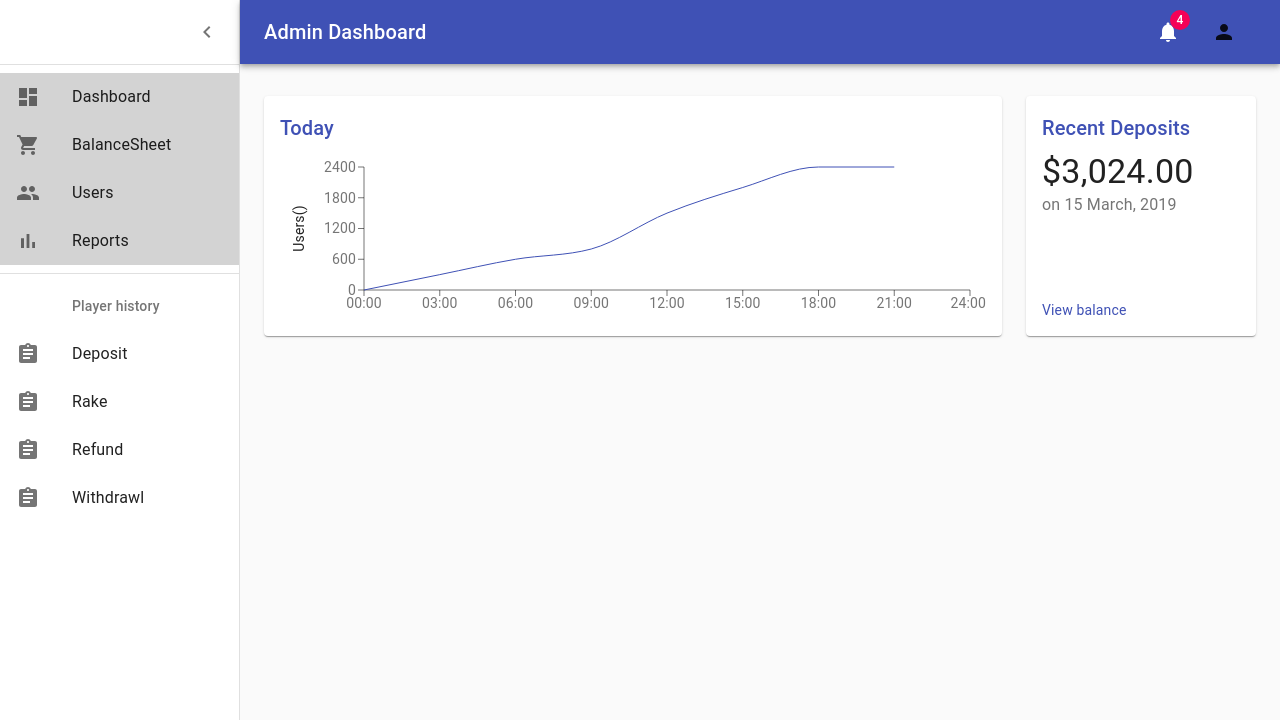
Repository: imayankbisht/ludofrontend
Page: /Dashboard
An editor plug-in stored every save of this project. The page is shown before and after a run of saves, followed by the edit.
The browser window is 1280 px wide. The pictures show the whole page.
The project was rebuilt for these pictures with package versions that can differ from the ones it lists, and the page was loaded fresh each time. Also part of the build but not shown: src/axios.js, src/components/login.js.

Above is the page before, as saved 2021-01-16 14:13:47.

### src/App.js
import React from 'react';
import './App.css';
import {
  BrowserRouter as Router,
  Switch,
  Route,
 Redirect
} from "react-router-dom";
// import SignInOutContainer from './containers';
import Dashboard from './components/Dashboard';
import Login from './components/login';
 function App() {
  return (
    <div className="App">
  <Router >
    <Switch>
      <Route path="/login" component={Login} />
      <Route path="/Dashboard" component={Dashboard} />
      <Redirect from="/" to="/login" />
    </Switch>
  </Router>
      </div>
  );
}


export default App;

### src/App.css
.App {
  /* text-align: center; */

}

.App-logo {
  height: 40vmin;
  pointer-events: none;
}

@media (prefers-reduced-motion: no-preference) {
  .App-logo {
    animation: App-logo-spin infinite 20s linear;
  }
}

.App-header {
  background-color: #282c34;
  min-height: 100vh;
  display: flex;
  flex-direction: column;
  align-items: center;
  justify-content: center;
  font-size: calc(10px + 2vmin);
  color: white;
}

.App-link {
  color: #61dafb;
}

@keyframes App-logo-spin {
  from {
    transform: rotate(0deg);
  }
  to {
    transform: rotate(360deg);
  }
}

### src/components/Dashboard.js
import React from 'react';
import clsx from 'clsx';
import { makeStyles } from '@material-ui/core/styles';
import CssBaseline from '@material-ui/core/CssBaseline';
import Drawer from '@material-ui/core/Drawer';
import Box from '@material-ui/core/Box';
import AppBar from '@material-ui/core/AppBar';
import Toolbar from '@material-ui/core/Toolbar';
import List from '@material-ui/core/List';
import Typography from '@material-ui/core/Typography';
import Divider from '@material-ui/core/Divider';
import IconButton from '@material-ui/core/IconButton';
import Badge from '@material-ui/core/Badge';
import Container from '@material-ui/core/Container';
import Grid from '@material-ui/core/Grid';
import Paper from '@material-ui/core/Paper';
// import Link from '@material-ui/core/Link';
import MenuIcon from '@material-ui/icons/Menu';
import ChevronLeftIcon from '@material-ui/icons/ChevronLeft';
import NotificationsIcon from '@material-ui/icons/Notifications';
import { mainListItems, secondaryListItems } from './listItems';
import Chart from './Chart';
import Deposits from './Deposits';
import MenuItem from "@material-ui/core/MenuItem";
import MenuList from "@material-ui/core/MenuList";
import Hidden from "@material-ui/core/Hidden";
import Grow from "@material-ui/core/Grow";
import Poppers from "@material-ui/core/Popper";
import ClickAwayListener from "@material-ui/core/ClickAwayListener";
import Person from "@material-ui/icons/Person";
import classNames from "classnames";
import Button from "@material-ui/core/Button";
import {Link} from 'react-router-dom';

const drawerWidth = 240;

const useStyles = makeStyles((theme) => ({
  root: {
    display: 'flex',
  },
  toolbar: {
    paddingRight: 24, // keep right padding when drawer closed
  },
  toolbarIcon: {
    display: 'flex',
    alignItems: 'center',
    justifyContent: 'flex-end',
    padding: '0 8px',
    ...theme.mixins.toolbar,
  },
  appBar: {
    zIndex: theme.zIndex.drawer + 1,
    transition: theme.transitions.create(['width', 'margin'], {
      easing: theme.transitions.easing.sharp,
      duration: theme.transitions.duration.leavingScreen,
    }),
  },
  appBarShift: {
    marginLeft: drawerWidth,
    width: `calc(100% - ${drawerWidth}px)`,
    transition: theme.transitions.create(['width', 'margin'], {
      easing: theme.transitions.easing.sharp,
      duration: theme.transitions.duration.enteringScreen,
    }),
  },
  menuButton: {
    marginRight: 36,
  },
  menuButtonHidden: {
    display: 'none',
  },
  title: {
    flexGrow: 1,
  },
  drawerPaper: {
    position: 'relative',
    whiteSpace: 'nowrap',
    width: drawerWidth,
    transition: theme.transitions.create('width', {
      easing: theme.transitions.easing.sharp,
      duration: theme.transitions.duration.enteringScreen,
    }),
  },
  drawerPaperClose: {
    overflowX: 'hidden',
    transition: theme.transitions.create('width', {
      easing: theme.transitions.easing.sharp,
      duration: theme.transitions.duration.leavingScreen,
    }),
    width: theme.spacing(7),
    [theme.breakpoints.up('sm')]: {
      width: theme.spacing(9),
    },
  },
  appBarSpacer: theme.mixins.toolbar,
  content: {
    flexGrow: 1,
    height: '100vh',
    overflow: 'auto',
  },
  container: {
    paddingTop: theme.spacing(4),
    paddingBottom: theme.spacing(4),
  },
  paper: {
    padding: theme.spacing(2),
    display: 'flex',
    overflow: 'auto',
    flexDirection: 'column',
  },
  fixedHeight: {
    height: 240,
  },
}));

 function Dashboard() {
  const classes = useStyles();
  const [open, setOpen] = React.useState(true);
  const [openProfile, setOpenProfile] = React.useState(null);
  const handleClickProfile = event => {
    if (openProfile && openProfile.contains(event.target)) {
      setOpenProfile(null);
    } else {
      setOpenProfile(event.currentTarget);
    }
  };
  const handleCloseProfile = () => {
    setOpenProfile(null);
  };
  const handleDrawerOpen = () => {
    setOpen(true);
  };
  const handleDrawerClose = () => {
    setOpen(false);
  };
  const fixedHeightPaper = clsx(classes.paper, classes.fixedHeight);

  return (
    <div className={classes.root}>
      <CssBaseline />
      <AppBar position="absolute" className={clsx(classes.appBar, open && classes.appBarShift)}>
        <Toolbar className={classes.toolbar}>
          <IconButton
            edge="start"
            color="inherit"
            aria-label="open drawer"
            onClick={handleDrawerOpen}
            className={clsx(classes.menuButton, open && classes.menuButtonHidden)}
          >
            <MenuIcon />
          </IconButton>
          <Typography component="h1" variant="h6" color="inherit" noWrap className={classes.title}>
          Admin Dashboard
          </Typography>
          <IconButton color="inherit">
            <Badge badgeContent={4} color="secondary">
              <NotificationsIcon />
            </Badge>
          </IconButton>
          <Button
          color={window.innerWidth > 959 ? "transparent" : "white"}
          justIcon={window.innerWidth > 959}
          simple={!(window.innerWidth > 959)}
          aria-owns={openProfile ? "profile-menu-list-grow" : null}
          aria-haspopup="true"
          onClick={handleClickProfile}
          className={classes.buttonLink}
        >
          <Person className={classes.icons} />
          <Hidden mdUp implementation="css">
            <p className={classes.linkText}>Profile</p>
          </Hidden>
        </Button>
        <Poppers
          open={Boolean(openProfile)}
          anchorEl={openProfile}
          transition
          disablePortal
          className={
            classNames({ [classes.popperClose]: !openProfile }) +
            " " +
            classes.popperNav
          }
        >
          {({ TransitionProps, placement }) => (
            <Grow
              {...TransitionProps}
              id="profile-menu-list-grow"
              style={{
                transformOrigin:
                  placement === "bottom" ? "center top" : "center bottom"
              }}
            >
              <Paper>
                <ClickAwayListener onClickAway={handleCloseProfile}>
                  <MenuList role="menu">
                    <MenuItem
                      onClick={handleCloseProfile}
                      className={classes.dropdownItem}
                    >
                      Profile
                    </MenuItem>
                    <MenuItem
                      onClick={handleCloseProfile}
                      className={classes.dropdownItem}
                    >
                      Settings
                    </MenuItem>
                    <Divider light />
                    <Link to="login">
                    <MenuItem
                      onClick={handleCloseProfile}
                      className={classes.dropdownItem}
                    >
                      Logout
                    </MenuItem>
                    </Link>
                  </MenuList>
                </ClickAwayListener>
              </Paper>
            </Grow>
          )}
        </Poppers>
        </Toolbar>
      </AppBar>
      <Drawer
        variant="permanent"
        classes={{
          paper: clsx(classes.drawerPaper, !open && classes.drawerPaperClose),
        }}
        open={open}
      >
        <div className={classes.toolbarIcon}>
          <IconButton onClick={handleDrawerClose}>
            <ChevronLeftIcon />
          </IconButton>
        </div>
        <Divider />
        <List>{mainListItems}</List>
        <Divider />
        <List>{secondaryListItems}</List>
      </Drawer>
      <main className={classes.content}>
        <div className={classes.appBarSpacer} />
        <Container maxWidth="lg" className={classes.container}>
          <Grid container spacing={3}>
            {/* Chart */}
            <Grid item xs={12} md={8} lg={9}>
              <Paper className={fixedHeightPaper}>
                <Chart />
              </Paper>
            </Grid>
            {/* Recent Deposits */}
            <Grid item xs={12} md={4} lg={3}>
              <Paper className={fixedHeightPaper}>
                <Deposits />
              </Paper>
            </Grid>

          </Grid>

        </Container>
      </main>
    </div>
  );
}
export default Dashboard;

### src/components/listItems.js
import React from 'react';
import ListItem from '@material-ui/core/ListItem';
import ListItemIcon from '@material-ui/core/ListItemIcon';
import ListItemText from '@material-ui/core/ListItemText';
import ListSubheader from '@material-ui/core/ListSubheader';
import DashboardIcon from '@material-ui/icons/Dashboard';
import ShoppingCartIcon from '@material-ui/icons/ShoppingCart';
import PeopleIcon from '@material-ui/icons/People';
import BarChartIcon from '@material-ui/icons/BarChart';
import LayersIcon from '@material-ui/icons/Layers';
import AssignmentIcon from '@material-ui/icons/Assignment';
import Box from '@material-ui/core/Box';

export const mainListItems = (
  <div>
   <Box bgcolor="lightgray">
   <ListItem button>
      <ListItemIcon>
        <DashboardIcon />
      </ListItemIcon>
      <ListItemText primary="Dashboard" />
    </ListItem>
    <ListItem button>
      <ListItemIcon>
        <ShoppingCartIcon />
      </ListItemIcon>
      <ListItemText primary="BalanceSheet" />
    </ListItem>
    <ListItem button>
      <ListItemIcon>
        <PeopleIcon />
      </ListItemIcon>
      <ListItemText primary="Users" />
    </ListItem>
    <ListItem button>
      <ListItemIcon>
        <BarChartIcon />
      </ListItemIcon>
      <ListItemText primary="Reports" />
    </ListItem>
   </Box>

  </div>
);

export const secondaryListItems = (
  <div>
    <ListSubheader inset>Player history</ListSubheader>
    <ListItem button>
      <ListItemIcon>
        <AssignmentIcon />
      </ListItemIcon>
      <ListItemText primary="Deposit" />
    </ListItem>
    <ListItem button>
      <ListItemIcon>
        <AssignmentIcon />
      </ListItemIcon>
      <ListItemText primary="Rake" />
    </ListItem>
    <ListItem button>
      <ListItemIcon>
        <AssignmentIcon />
      </ListItemIcon>
      <ListItemText primary="Refund" />
    </ListItem>
    <ListItem button>
      <ListItemIcon>
        <AssignmentIcon />
      </ListItemIcon>
      <ListItemText primary="Withdrawl" />
    </ListItem>
  </div>
);

### src/components/Chart.js
import React from 'react';
import { useTheme } from '@material-ui/core/styles';
import { LineChart, Line, XAxis, YAxis, Label, ResponsiveContainer } from 'recharts';
import Title from './Title';

// Generate Sales Data
function createData(time, amount) {
  return { time, amount };
}

const data = [
  createData('00:00', 0),
  createData('03:00', 300),
  createData('06:00', 600),
  createData('09:00', 800),
  createData('12:00', 1500),
  createData('15:00', 2000),
  createData('18:00', 2400),
  createData('21:00', 2400),
  createData('24:00', undefined),
];

export default function Chart() {
  const theme = useTheme();

  return (
    <React.Fragment>
      <Title>Today</Title>
      <ResponsiveContainer>
        <LineChart
          data={data}
          margin={{
            top: 16,
            right: 16,
            bottom: 0,
            left: 24,
          }}
        >
          <XAxis dataKey="time" stroke={theme.palette.text.secondary} />
          <YAxis stroke={theme.palette.text.secondary}>
            <Label
              angle={270}
              position="left"
              style={{ textAnchor: 'middle', fill: theme.palette.text.primary }}
            >
              Users()
            </Label>
          </YAxis>
          <Line type="monotone" dataKey="amount" stroke={theme.palette.primary.main} dot={false} />
        </LineChart>
      </ResponsiveContainer>
    </React.Fragment>
  );
}

### src/components/Deposits.js
import React from 'react';
import Link from '@material-ui/core/Link';
import { makeStyles } from '@material-ui/core/styles';
import Typography from '@material-ui/core/Typography';
import Title from './Title';

function preventDefault(event) {
  event.preventDefault();
}

const useStyles = makeStyles({
  depositContext: {
    flex: 1,
  },
});

export default function Deposits() {
  const classes = useStyles();
  return (
    <React.Fragment>
      <Title>Recent Deposits</Title>
      <Typography component="p" variant="h4">
        $3,024.00
      </Typography>
      <Typography color="textSecondary" className={classes.depositContext}>
        on 15 March, 2019
      </Typography>
      <div>
        <Link color="primary" href="#" onClick={preventDefault}>
          View balance
        </Link>
      </div>
    </React.Fragment>
  );
}

Loaded but not shown: public/index.html (common file); src/index.js (common file); src/index.css (common file); src/serviceWorker.js (common file); src/components/Title.js (common file)

After the next 4 saves:
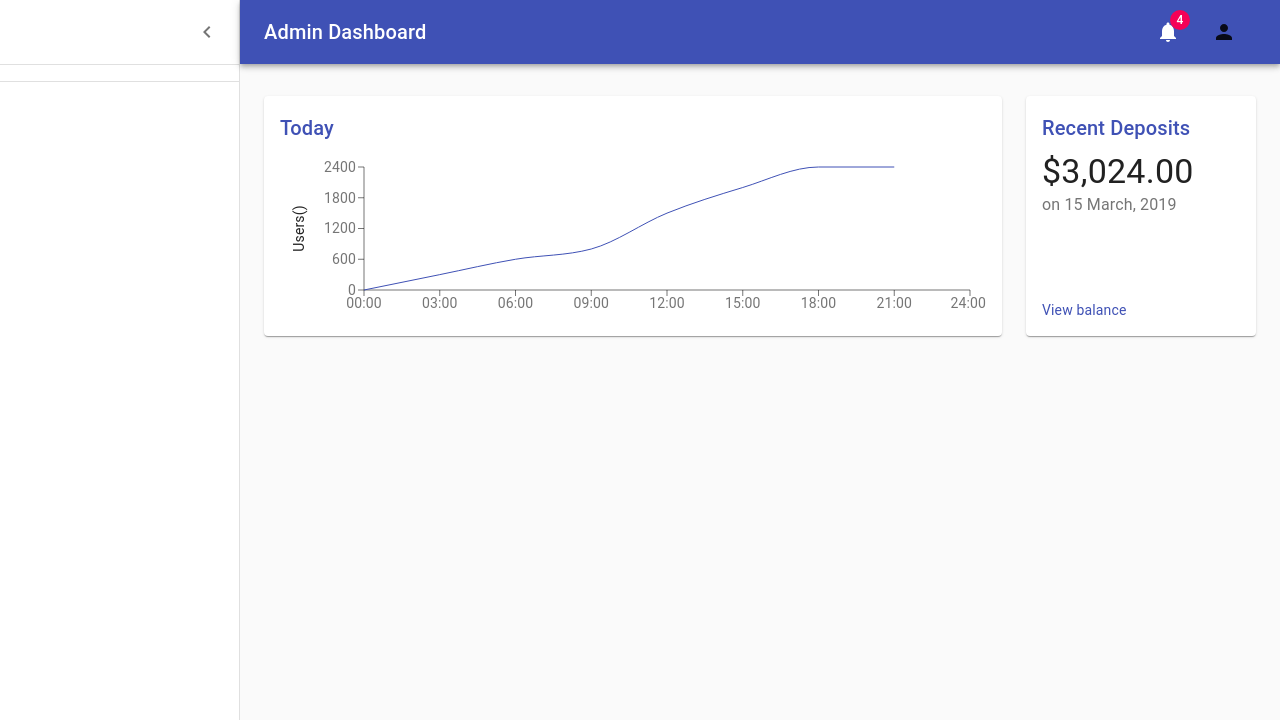
The 4 saves are shown as one change because 2 did not build or start and some came seconds apart.
The last was saved 64 s later.
--- a/src/components/listItems.js
+++ b/src/components/listItems.js
@@ -10,10 +10,10 @@ import BarChartIcon from '@material-ui/icons/BarChart';
 import LayersIcon from '@material-ui/icons/Layers';
 import AssignmentIcon from '@material-ui/icons/Assignment';
 import Box from '@material-ui/core/Box';
-
+<Box bgcolor="lightgray">
 export const mainListItems = (
   <div>
-   <Box bgcolor="lightgray">
+
    <ListItem button>
       <ListItemIcon>
         <DashboardIcon />
@@ -38,7 +38,7 @@ export const mainListItems = (
       </ListItemIcon>
       <ListItemText primary="Reports" />
     </ListItem>
-   </Box>
+
 
   </div>
 );
@@ -72,3 +72,4 @@ export const secondaryListItems = (
     </ListItem>
   </div>
 );
+</Box>
